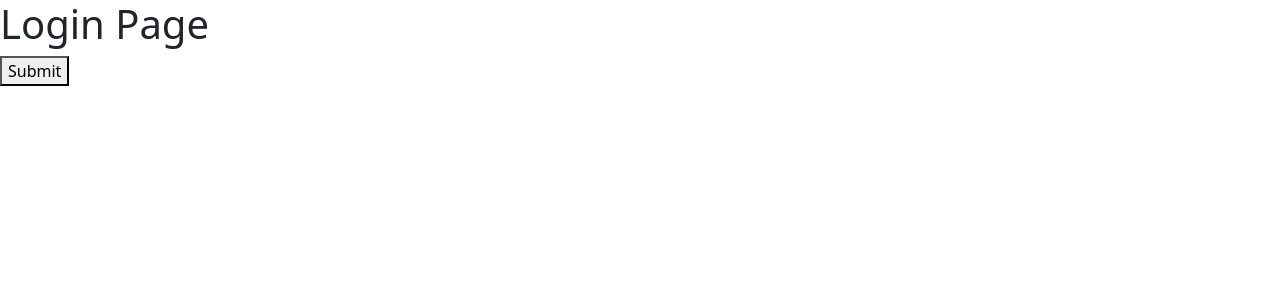
Repository: mayurofficial/E-com-Project
Page: http://localhost/
The author's editor kept a copy of each file at every save. The page is drawn from the files as they stood at one save, then again after the next save.
The browser window is 1280 px wide. The pictures show the whole page.
The page is served by the project's Laravel application, run on PHP 8.4 with Laravel 8. Other server files are loaded and not shown.

Above is the page before, as saved 2021-04-12 17:50:29.

### routes/web.php
<?php

use Illuminate\Support\Facades\Route;

/*
|--------------------------------------------------------------------------
| Web Routes
|--------------------------------------------------------------------------
|
| Here is where you can register web routes for your application. These
| routes are loaded by the RouteServiceProvider within a group which
| contains the "web" middleware group. Now create something great!
|
*/

Route::view('/','login');

### resources/views/login.blade.php
@extends('master')
@section('content')
<h1>Login Page </h1>
<button>Submit </button>
@endsection

### resources/views/master.blade.php
<!DOCTYPE html>
<html lang="en">
<head>
    <meta charset="UTF-8">
    <meta name="viewport" content="width=device-width, initial-scale=1.0">
    <meta http-equiv="X-UA-Compatible" content="ie=edge">
    <title>E-com Project</title>
    <script src="https://ajax.googleapis.com/ajax/libs/jquery/3.4.1/jquery.min.js"></script>
    <link href="https://cdn.jsdelivr.net/npm/bootstrap@5.0.0-beta2/dist/css/bootstrap.min.css" rel="stylesheet" integrity="sha384-BmbxuPwQa2lc/FVzBcNJ7UAyJxM6wuqIj61tLrc4wSX0szH/Ev+nYRRuWlolflfl" crossorigin="anonymous">
<script src="https://cdn.jsdelivr.net/npm/bootstrap@5.0.0-beta2/dist/js/bootstrap.bundle.min.js" integrity="sha384-b5kHyXgcpbZJO/tY9Ul7kGkf1S0CWuKcCD38l8YkeH8z8QjE0GmW1gYU5S9FOnJ0" crossorigin="anonymous"></script>
</head>
<body>
    @yield('content')

</body>
</html>

After the next save:
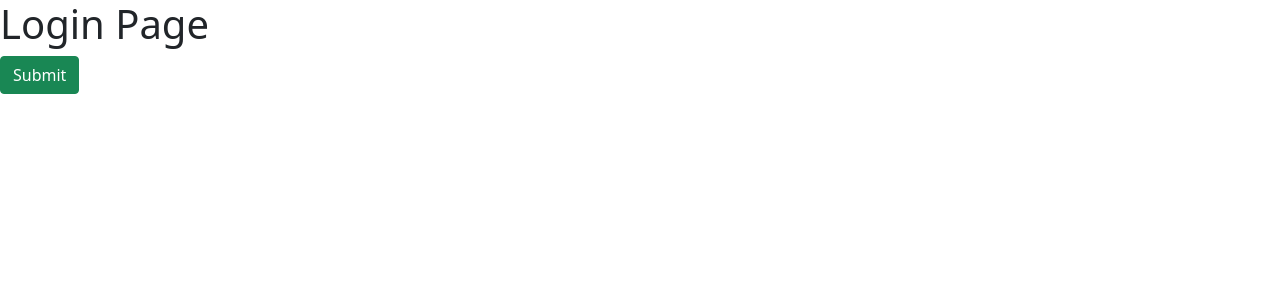
Saved 9 s later.
--- a/resources/views/login.blade.php
+++ b/resources/views/login.blade.php
@@ -1,5 +1,5 @@
 @extends('master')
 @section('content')
 <h1>Login Page </h1>
-<button>Submit </button>
+<button class="btn btn-success">Submit </button>
 @endsection
